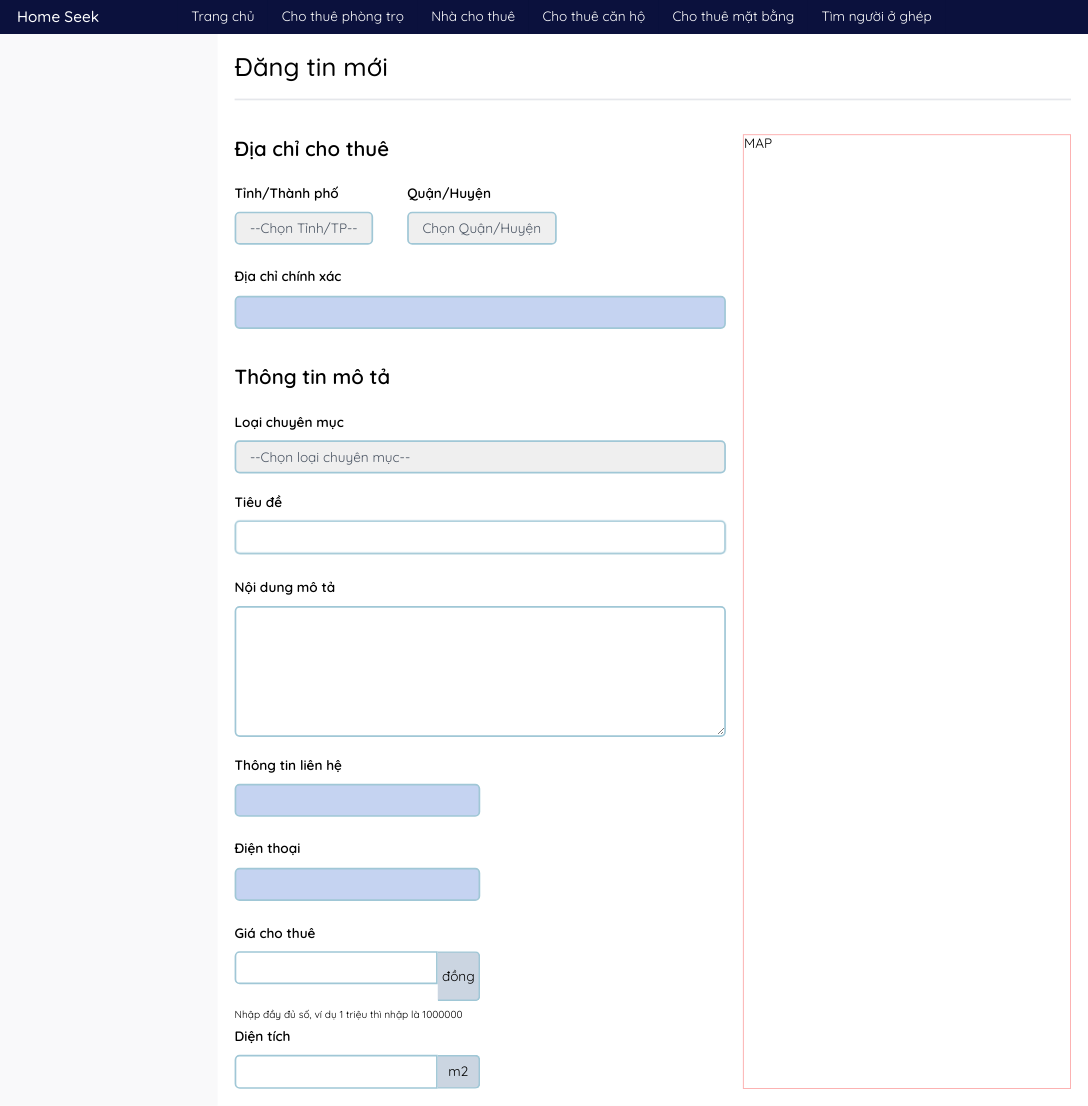
Repository: ajincome26/homeseek
Page: /create (app in client/)
An editor plug-in stored every save of this project. The page is shown before and after the next save, followed by the edit.
The browser window is 1280 px wide. The pictures show the whole page, at 85% of full size.
The page's requests for data from a server got no answer. The project was rebuilt for these pictures with package versions that can differ from the ones it lists, and the page was loaded fresh each time. Some packages were replaced by stand-ins written for this rebuild. No one was signed in, and anything a server would have sent is missing. Also part of the build but not shown: client/vite.config.ts, client/src/components/Footer/Footer.tsx, client/src/components/Button/Button.tsx, client/src/components/Button/index.ts, client/src/utils/utils.tsx, client/src/components/MainHeader/components/User.tsx, client/src/components/Popover/Popover.tsx, client/src/components/Popover/index.ts and 15 more.

Above is the page before, as saved 2024-01-11 04:47:55.

### client/index.html
<!doctype html>
<html lang="en">
  <head>
    <meta charset="UTF-8" />
    <link rel="icon" type="image/svg+xml" href="/vite.svg" />
    <meta name="viewport" content="width=device-width, initial-scale=1.0" />
    <title>Home Seek</title>
    <link rel="preconnect" href="https://fonts.googleapis.com" />
    <link rel="preconnect" href="https://fonts.gstatic.com" crossorigin />
    <link
      href="https://fonts.googleapis.com/css2?family=Quicksand:wght@300;400;500;600;700&display=swap"
      rel="stylesheet"
    />
  </head>
  <body>
    <div id="root"></div>
    <script type="module" src="/src/main.tsx"></script>
  </body>
</html>

### client/src/main.tsx
import ReactDOM from 'react-dom/client'
import App from './App'
import './styles/index.scss'
import { BrowserRouter } from 'react-router-dom'
import { QueryClient, QueryClientProvider } from '@tanstack/react-query'
import { ReactQueryDevtools } from '@tanstack/react-query-devtools'
import { AuthProvider } from './contexts/auth.context'
import { ErrorBoundary } from './components/ErrorBoundary'

// Create a client
const queryClient = new QueryClient({
  defaultOptions: {
    queries: {
      refetchOnWindowFocus: false // disable việc fetch lại api khi focus tab window
    }
  }
})

ReactDOM.createRoot(document.getElementById('root')!).render(
  <BrowserRouter>
    <QueryClientProvider client={queryClient}>
      <AuthProvider>
        <ErrorBoundary>
          <App />
        </ErrorBoundary>
      </AuthProvider>
      <ReactQueryDevtools initialIsOpen={false} />
    </QueryClientProvider>
  </BrowserRouter>
)

### client/src/App.tsx
import { useEffect } from 'react'
import { useAuth } from './contexts/auth.context'
import useRoute from './useRoute'
import { LocalStorageEventTarget } from './utils/auth'
import { ToastContainer } from 'react-toastify'
import 'react-toastify/dist/ReactToastify.css'

function App() {
  const routeElements = useRoute()
  const { resetAuth } = useAuth()
  useEffect(() => {
    LocalStorageEventTarget.addEventListener('clearLS', () => {
      resetAuth()
    })
    return () => {
      LocalStorageEventTarget.removeEventListener('clearLS', () => {
        resetAuth()
      })
    }
  }, [resetAuth])
  return (
    <div className='bg-third'>
      <ToastContainer />
      <div>{routeElements}</div>
    </div>
  )
}

export default App

### client/src/styles/index.scss
@tailwind base;
@tailwind components;
@tailwind utilities;

@import 'reset';

body {
  font-family: 'Quicksand', sans-serif;
  font-size: 16px;
  line-height: 1.2;
}

select {
  -webkit-appearance: none;
  -moz-appearance: none;
  appearance: none;
}

::-webkit-scrollbar {
  width: 10px;
}
::-webkit-scrollbar-track {
  background-color: #fafafa;
}
::-webkit-scrollbar-thumb {
  background-color: #ccd0d7;
  border-radius: 50px;
}

/* Chrome, Safari, Edge, Opera */
input::-webkit-outer-spin-button,
input::-webkit-inner-spin-button {
  -webkit-appearance: none;
  margin: 0;
}
/* Firefox */
input[type='number'] {
  appearance: textfield;
}

.cr-truncate-1 {
  overflow: hidden;
  display: -webkit-box;
  -webkit-box-orient: vertical;
  -webkit-line-clamp: 1;
  text-overflow: ellipsis;
  word-break: break-word;
}

// class tailwind-sort
.cr-transition {
  @apply transition-all ease-linear duration-200;
}
.cr-hover-text {
  @apply hover:text-[#977616] transition-colors ease-linear duration-200 cursor-pointer;
}
.cr-input-text {
  @apply px-3 py-2 border-[2px] border-[#a0c7d6] outline-none rounded-md focus:border-[#4b5fc2] cr-transition box-border w-full;
}

### client/src/contexts/auth.context.tsx
import React, { createContext, useContext, useState } from 'react'
import { User } from '~/types/user.type'
import { getAccessToken, getUserInfoFromStorage } from '~/utils/auth'

interface AuthProviderType {
  isLoggedIn: boolean
  setIsLoggedIn: React.Dispatch<React.SetStateAction<boolean>>
  userInfo: User | null
  setUserInfo: React.Dispatch<React.SetStateAction<User | null>>
  resetAuth: () => void
}
const initialContext: AuthProviderType = {
  isLoggedIn: Boolean(getAccessToken()),
  setIsLoggedIn: () => null,
  userInfo: getUserInfoFromStorage(),
  setUserInfo: () => null,
  resetAuth: () => null
}

const AuthContext = createContext<AuthProviderType>(initialContext)
const useAuth = () => {
  const context = useContext(AuthContext)
  if (typeof context === 'undefined') throw new Error('useAuth must be used within a AuthContext')
  return context
}
const AuthProvider = ({ children }: { children: React.ReactNode }) => {
  const [isLoggedIn, setIsLoggedIn] = useState(initialContext.isLoggedIn)
  const [userInfo, setUserInfo] = useState(initialContext.userInfo)
  const resetAuth = () => {
    setIsLoggedIn(false)
    setUserInfo(null)
  }
  return (
    <AuthContext.Provider value={{ isLoggedIn, setIsLoggedIn, userInfo, setUserInfo, resetAuth }}>
      {children}
    </AuthContext.Provider>
  )
}

// eslint-disable-next-line react-refresh/only-export-components
export { useAuth, AuthProvider }

### client/src/components/ErrorBoundary/index.ts
export { default as ErrorBoundary } from './ErrorBoundary'

### client/src/useRoute.tsx
import { useRoutes } from 'react-router-dom'
import { path } from './constants/path'
import { MainLayout } from './layouts/MainLayout'
import ManageLayout from './layouts/ManageLayout/ManageLayout'
import { CreatePost } from './pages/CreatePostPage'
import { HomePage } from './pages/HomePage'
import { LoginPage } from './pages/LoginPage'
import { RegisterPage } from './pages/RegisterPage'

const { HOME, LOGIN, REGISTER, OAUTH, CREATE } = path

const useRoute = () => {
  return useRoutes([
    {
      path: LOGIN,
      element: <LoginPage />
    },
    {
      path: REGISTER,
      element: <RegisterPage />
    },
    {
      path: OAUTH,
      element: <LoginPage />
    },
    {
      path: OAUTH,
      element: <RegisterPage />
    },
    // Authen không ảnh hưởng
    {
      element: <ManageLayout />,
      children: [
        {
          index: true,
          path: CREATE,
          element: <CreatePost />
        }
      ]
    },
    {
      element: <MainLayout />,
      children: [
        {
          index: true,
          path: HOME,
          element: <HomePage />
        }
      ]
    }
  ])
}

export default useRoute

### client/src/utils/auth.ts
import { User } from '~/types/user.type'

export const LocalStorageEventTarget = new EventTarget()

export const getAccessToken = () => localStorage.getItem('accessToken') || ''
export const getRefreshToken = () => localStorage.getItem('refreshToken') || ''
export const setAccessToken = (accessToken: string) => localStorage.setItem('accessToken', accessToken)
export const setRefreshToken = (refreshToken: string) => localStorage.setItem('refreshToken', refreshToken)
export const getUserInfoFromStorage = () => {
  const info = localStorage.getItem('userInfo')
  return info ? JSON.parse(info) : null
}
export const setUserInfoToStorage = (userInfo: User) => localStorage.setItem('userInfo', JSON.stringify(userInfo))

export const clearLocalStorage = () => {
  localStorage.removeItem('accessToken')
  localStorage.removeItem('refreshToken')
  localStorage.removeItem('userInfo')
  const clearLSEvent = new Event('clearLS')
  LocalStorageEventTarget.dispatchEvent(clearLSEvent)
}

### client/src/styles/_reset.scss
*,
*::before,
*::after {
  box-sizing: border-box;
}
* {
  margin: 0;
  padding: 0;
}

html,
body {
  height: 100%;
}
body {
  line-height: 1.5;
  -webkit-font-smoothing: antialiased;
  -webkit-tap-highlight-color: rgba(0, 0, 0, 0);
}
a {
  text-decoration: none;
  color: inherit;
}
img,
picture,
video,
canvas,
svg {
  display: block;
  // max-width: 100%;
}
input,
button,
textarea,
select {
  font: inherit;
  outline: none;
}
option:checked {
  background-color: #0891b2;
  color: white;
  font-style: italic;
}
p,
h1,
h2,
h3,
h4,
h5,
h6 {
  overflow-wrap: break-word;
}

### client/src/constants/path.ts
export const path = {
  HOME: '/',
  LOGIN: '/login',
  OAUTH: '/login/oauth',
  REGISTER: '/register',
  LOGOUT: '/logout',

  ROOM_FOR_RENT: '/room-for-rent',
  HOUSE_FOR_RENT: '/house-for-rent',
  APARTMENT_FOR_RENT: '/apartment-for-rent',
  GROUND_FOR_RENT: '/ground-for-rent',
  FIND_A_ROOMATE: '/find-a-roomate',

  CREATE: '/create',
  MANAGE: '/manage',
  PROFILE: '/user/profile',
  CHANGE_PASSWORD: '/user/change-password',

  CONTACT: '/contact',

  NOT_FOUND: '*'
}

### client/src/layouts/MainLayout/index.ts
export { default as MainLayout } from './MainLayout'

### client/src/layouts/ManageLayout/ManageLayout.tsx
import { Outlet } from 'react-router-dom'
import { Sidebar } from '~/components/Sidebar'
import { SubHeader } from '~/components/SubHeader'

const ManageLayout = () => {
  return (
    <>
      <SubHeader />
      <div className='pt-[40px] flex'>
        <div className='min-h-[calc(100vh-40px)] basis-1/5'>
          <Sidebar />
        </div>
        <div className='bg-white basis-4/5'>
          <Outlet />
        </div>
      </div>
    </>
  )
}

export default ManageLayout

### client/src/pages/CreatePostPage/index.ts
export { default as CreatePost } from './CreatePost'

### client/src/pages/HomePage/index.ts
export { default as HomePage } from './HomePage'

### client/src/pages/LoginPage/index.ts
export { default as LoginPage } from './LoginPage'

### client/src/pages/RegisterPage/index.ts
export { default as RegisterPage } from './RegisterPage'

### client/src/components/Sidebar/index.ts
export { default as Sidebar } from './Sidebar'

### client/src/components/SubHeader/index.ts
export { default as SubHeader } from './SubHeader'

### client/src/pages/CreatePostPage/CreatePost.tsx
import { yupResolver } from '@hookform/resolvers/yup'
import { useForm } from 'react-hook-form'
import { postSchema, PostSchema } from '~/utils/schema'
import Address from './components/Address'
import Overview from './components/Overview'

export type FormPost = PostSchema

const CreatePost = () => {
  const { handleSubmit } = useForm<FormPost>({
    resolver: yupResolver(postSchema)
  })
  const handleCreatePost = (data: FormPost) => {}
  return (
    <div className='p-5 text-black'>
      <h2 className='w-full pb-5 text-3xl font-medium border-b-2'>Đăng tin mới</h2>
      <div className='flex gap-5 mt-10'>
        <form onSubmit={handleSubmit(handleCreatePost)} className='flex flex-col gap-10 basis-[60%]'>
          <Address />
          <Overview />
        </form>
        <div className='border border-red-300 map basis-[40%]'>MAP</div>
      </div>
    </div>
  )
}

export default CreatePost

### client/src/components/SubHeader/SubHeader.tsx
import { Link } from 'react-router-dom'
import { SubNavigation } from '../SubNavigation'

const SubHeader = () => {
  return (
    <div className='fixed w-full h-[40px] bg-primary text-white flex items-center gap-12 px-5'>
      <Link to={'/'} className='text-lg font-medium cursor-pointer hover:text-sixth cr-transition'>
        Home Seek
      </Link>
      <div className='w-[80%]'>
        <SubNavigation />
      </div>
    </div>
  )
}

export default SubHeader

### client/src/pages/CreatePostPage/components/Overview.tsx
import { yupResolver } from '@hookform/resolvers/yup'
import { useState } from 'react'
import { Field } from '~/components/Field'
import { Input, InputNumber, InputReadOnly } from '~/components/Input'
import { Select } from '~/components/Select'
import { categories } from '~/constants/data'
import { useForm } from 'react-hook-form'
import { postSchema, PostSchema } from '~/utils/schema'
import { Label } from '~/components/Label'

export type FormCreatePost = PostSchema

const Overview = () => {
  const [category, setCategory] = useState('')
  const {
    register,
    handleSubmit,
    setError,
    formState: { errors }
  } = useForm<FormCreatePost>({
    resolver: yupResolver(postSchema)
  })
  return (
    <div>
      <h1 className='mb-5 text-2xl font-semibold'>Thông tin mô tả</h1>
      <div className='flex flex-col gap-4'>
        <Field>
          <Label textColor='text-black' htmlFor='cate'>
            Loại chuyên mục
          </Label>
          <Select
            type='category'
            optionTitle='--Chọn loại chuyên mục--'
            categories={categories as []}
            value={category}
            setValue={setCategory}
          />
        </Field>
        <Field>
          <Label textColor='text-black' htmlFor='title'>
            Tiêu đề
          </Label>
          <Input className='cr-input-text' register={register} name='title' />
        </Field>
        <Field>
          <Label textColor='text-black' htmlFor='desc'>
            Nội dung mô tả
          </Label>
          <textarea
            id='desc'
            className='cr-input-text'
            rows={7}
            // value={payload.description}
            // onChange={(e) => setPayload((prev) => ({ ...prev, description: e.target.value }))}
            // onFocus={() => setInvalidFields([])}
          />
        </Field>
        <div className='w-1/2'>
          <Field>
            <Label textColor='text-black' htmlFor='username'>
              Thông tin liên hệ
            </Label>
            <InputReadOnly className='mb-5' id='username' data={''} />
          </Field>
          <Field>
            <Label textColor='text-black' htmlFor='phone'>
              Điện thoại
            </Label>
            <InputReadOnly className='mb-5' id='phone' data={''} />
          </Field>
          <Field>
            <Label textColor='text-black' htmlFor='price'>
              Giá cho thuê
            </Label>
            <InputNumber className='rounded-tl-md rounded-bl-md mb-5' id='price' unit='đồng' />
          </Field>
          <Field>
            <Label textColor='text-black' htmlFor='acreage'>
              Diện tích
            </Label>
            <InputNumber className='rounded-tl-md rounded-bl-md' id='acreage' unit='m2' />
          </Field>
        </div>
      </div>
    </div>
  )
}

export default Overview

### client/src/components/Field/index.ts
export { default as Field } from './Field'

### client/src/components/Input/index.ts
export { default as Input } from './Input'
export { default as InputPassword } from './InputPassword'
export { default as InputSearch } from './InputSearch'
export { default as InputNumber } from './InputNumber'
export { default as InputFile } from './InputFile'
export { default as InputReadOnly } from './InputReadOnly'

### client/src/components/Label/index.ts
export { default as Label } from './Label'

### client/src/constants/data.tsx
import { path } from './path'
import icons from '~/utils/icons'
import { CategoryType } from '~/types/category.type'

const { BsPencilSquare, MdOutlineLibraryBooks, TbUserCircle, FaUserEdit, TbBrandMessenger } = icons

const {
  ROOM_FOR_RENT,
  HOUSE_FOR_RENT,
  APARTMENT_FOR_RENT,
  GROUND_FOR_RENT,
  FIND_A_ROOMATE,
  CREATE,
  MANAGE,
  PROFILE,
  CONTACT
} = path

export const categories = [
  { id: 1, name: 'Cho thuê phòng trọ', path: ROOM_FOR_RENT },
  { id: 2, name: 'Nhà cho thuê', path: HOUSE_FOR_RENT },
  { id: 3, name: 'Cho thuê căn hộ', path: APARTMENT_FOR_RENT },
  { id: 4, name: 'Cho thuê mặt bằng', path: GROUND_FOR_RENT },
  { id: 5, name: 'Tìm người ở ghép', path: FIND_A_ROOMATE }
] as CategoryType[]

export const dataManage = [
  {
    id: 1,
    text: 'Đăng tin cho thuê',
    path: CREATE,
    icon: <BsPencilSquare />
  },
  {
    id: 2,
    text: 'Quản lý tin đăng',
    path: MANAGE,
    icon: <MdOutlineLibraryBooks />
  },
  {
    id: 3,
    text: 'Thông tin tài khoản',
    path: PROFILE,
    icon: <TbUserCircle />
  }
]

export const dataSidebar = [
  {
    id: 1,
    text: 'Đăng tin cho thuê',
    path: CREATE,
    icon: <BsPencilSquare />
  },
  {
    id: 2,
    text: 'Quản lý tin đăng',
    path: MANAGE,
    icon: <MdOutlineLibraryBooks />
  },
  {
    id: 3,
    text: 'Sửa thông tin cá nhân',
    path: PROFILE,
    icon: <FaUserEdit />
  },
  {
    id: 4,
    text: 'Liên hệ',
    path: CONTACT,
    icon: <TbBrandMessenger />
  }
]

### client/src/components/SubNavigation/index.ts
export { default as SubNavigation } from './SubNavigation'

### client/src/apis/province.api.ts
import { Province } from '~/types/province.type'
import { apiGetPublicProvinces } from '~/utils/utils'

const provinceApi = {
  getProvinces: () => apiGetPublicProvinces.get<Province[]>('/')
}

export default provinceApi

### client/src/components/Select/index.ts
export { default as Select } from './Select'

### client/src/components/Field/Field.tsx
interface Props {
  children: JSX.Element | JSX.Element[]
}

const Field = ({ children }: Props) => {
  return <div className='flex flex-col items-start'>{children}</div>
}

export default Field

### client/src/components/Input/Input.tsx
import { InputHTMLAttributes } from 'react'
import type { FieldValues, FieldPath, UseFormRegister } from 'react-hook-form'

export interface InputProps<TFieldValues extends FieldValues> extends InputHTMLAttributes<HTMLInputElement> {
  name: FieldPath<TFieldValues>
  errorMessage?: string
  register: UseFormRegister<TFieldValues>
  isHover?: boolean
}

const Input = <TFieldValues extends FieldValues = FieldValues>({
  className,
  type,
  name,
  children,
  errorMessage,
  register,
  isHover,
  ...props
}: InputProps<TFieldValues>) => {
  return (
    <div className='relative w-full'>
      <input
        id={name}
        type={type || 'text'}
        {...register(name)}
        {...props}
        className={`mb-[6px] border rounded-lg py-3 bg-grayField transition w-full focus:bg-white ${
          children ? 'pl-4 pr-10' : 'px-4'
        } ${isHover ? 'hover:border-primary focus:border-primary' : ''} ${className}`}
        autoComplete='on'
      />
      <span className='absolute top-1/2 right-3 translate-y-[-110%] cursor-pointer text-grayDark'>{children}</span>
      {errorMessage && <div className='text-sm text-red-500 min-h-[1rem] leading-4'>{errorMessage}</div>}
    </div>
  )
}

export default Input

### client/src/components/Input/InputNumber.tsx
import { forwardRef, InputHTMLAttributes, useState } from 'react'

export interface InputNumberProps extends InputHTMLAttributes<HTMLInputElement> {
  unit?: string
}

const InputNumber = forwardRef<HTMLInputElement, InputNumberProps>(function InputNumberInner(
  { className, onChange, value = '', unit, ...rest },
  ref
) {
  const [localValue, setLocalValue] = useState<string>(value as string)
  const handleChange = (e: React.ChangeEvent<HTMLInputElement>) => {
    const { value } = e.target
    if (/^\d+$/.test(value) || value === '') {
      // thực thi onChange callback từ bên ngoài truyền vào props
      onChange && onChange(e)
      // cập nhật localValue state
      setLocalValue(value)
    }
  }

  return (
    <div className='w-full'>
      <div className='flex'>
        <input
          value={value || localValue}
          className={`px-3 py-2 border-[2px] border-[#a0c7d6] outline-none focus:border-[#4b5fc2] cr-transition box-border flex-1 ${className}`}
          autoComplete='on'
          onChange={handleChange}
          ref={ref}
          {...rest}
        />
        {unit && (
          <span className='min-h-full w-[50px] bg-slate-300 flex items-center justify-center rounded-tr-md rounded-br-md border-[2px] border-l-0 border-[#a0c7d6]'>
            {unit}
          </span>
        )}
      </div>
      {unit === 'đồng' && <p className='mt-2 text-xs'>Nhập đầy đủ số, ví dụ 1 triệu thì nhập là 1000000</p>}
    </div>
  )
})

export default InputNumber

### client/src/components/Input/InputReadOnly.tsx
import { InputHTMLAttributes } from 'react'

export interface InputProps extends InputHTMLAttributes<HTMLInputElement> {
  id: string
  data: string
}

const InputReadOnly = ({ id, data, className }: InputProps) => {
  return (
    <div className='w-full'>
      <input type='text' id={id} value={data || ''} className={`cr-input-text bg-[#c5d3f1] ${className}`} readOnly />
    </div>
  )
}

export default InputReadOnly

### client/src/components/Label/Label.tsx
interface Props {
  htmlFor: string
  children: string
  textColor?: string
}

const Label = ({ htmlFor, children, textColor }: Props) => {
  return (
    <label className={`${textColor || 'text-white'} mt-2 mb-3 font-semibold cursor-pointer`} htmlFor={htmlFor}>
      {children}
    </label>
  )
}

export default Label

### client/src/components/SubNavigation/SubNavigation.tsx
import { NavLink } from 'react-router-dom'
import { categories } from '~/constants/data'

const notActive = 'hover:bg-secondary px-4 h-full flex items-center bg-primary transition-all ease-linear duration-300'
const active = 'hover:bg-secondary px-4 h-full flex items-center bg-secondary'
const SubNavigation = () => {
  return (
    <div className='w-full h-[40px] flex justify-center items-center'>
      <div className='flex items-center h-full'>
        <NavLink to={'/'} className={({ isActive }) => (isActive ? active : notActive)}>
          Trang chủ
        </NavLink>
        {categories?.length > 0 &&
          categories.map((item, index) => {
            return (
              <div key={index} className='h-full'>
                <NavLink to={item.path} className={({ isActive }) => (isActive ? active : notActive)}>
                  {item.name}
                </NavLink>
              </div>
            )
          })}
      </div>
    </div>
  )
}

export default SubNavigation

Loaded but not shown: client/tailwind.config.js (37 lines, source omitted); client/src/utils/schema.ts (64 lines, source omitted); client/src/pages/CreatePostPage/components/Address.tsx (82 lines, source omitted); client/src/components/Select/Select.tsx (49 lines, source omitted); client/src/utils/icons.ts (69 lines, source omitted)

After the next save:
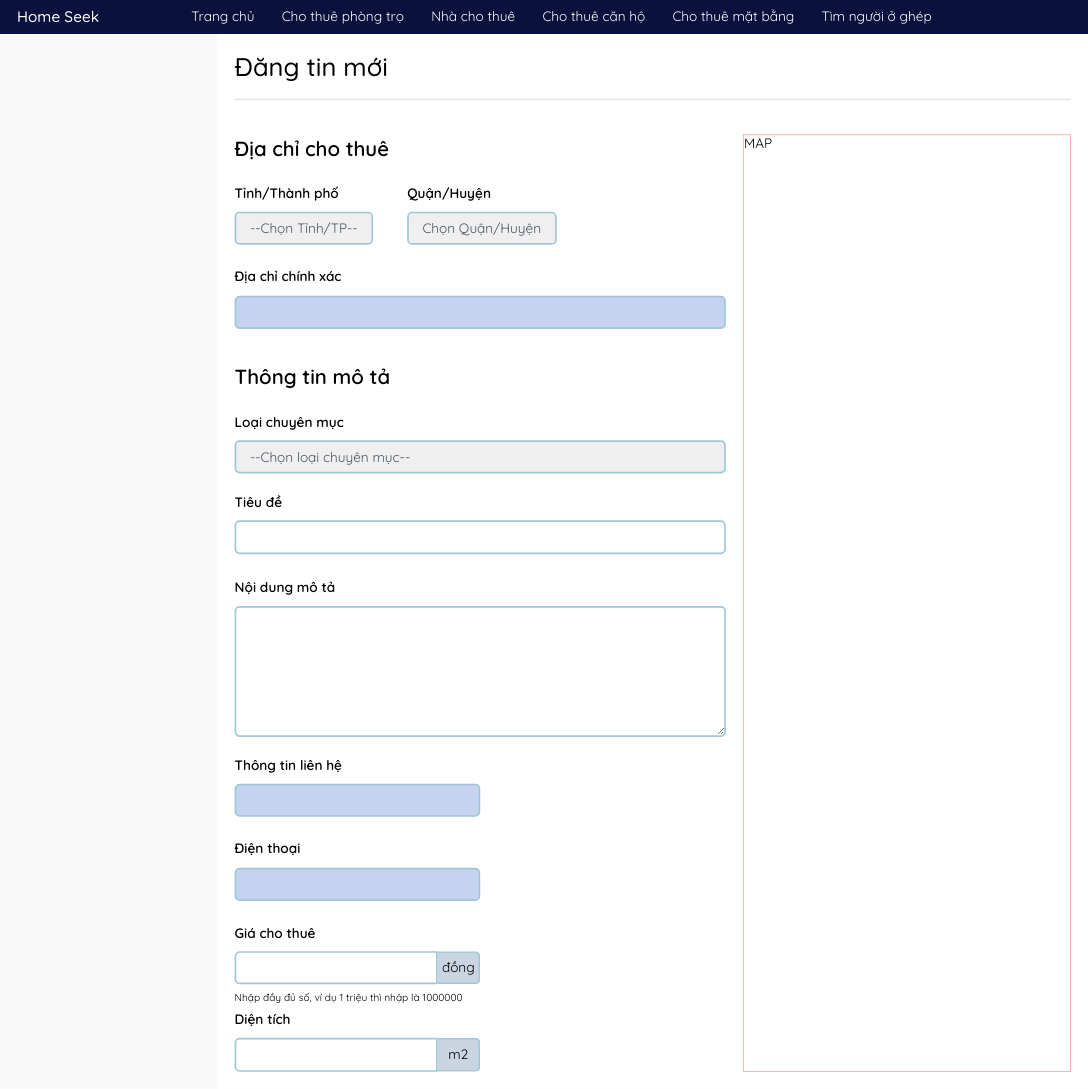
Saved 12 s later.
--- a/client/src/pages/CreatePostPage/components/Overview.tsx
+++ b/client/src/pages/CreatePostPage/components/Overview.tsx
@@ -72,7 +72,7 @@ const Overview = () => {
             <Label textColor='text-black' htmlFor='price'>
               Giá cho thuê
             </Label>
-            <InputNumber className='rounded-tl-md rounded-bl-md mb-5' id='price' unit='đồng' />
+            <InputNumber className='rounded-tl-md rounded-bl-md' id='price' unit='đồng' />
           </Field>
           <Field>
             <Label textColor='text-black' htmlFor='acreage'>
